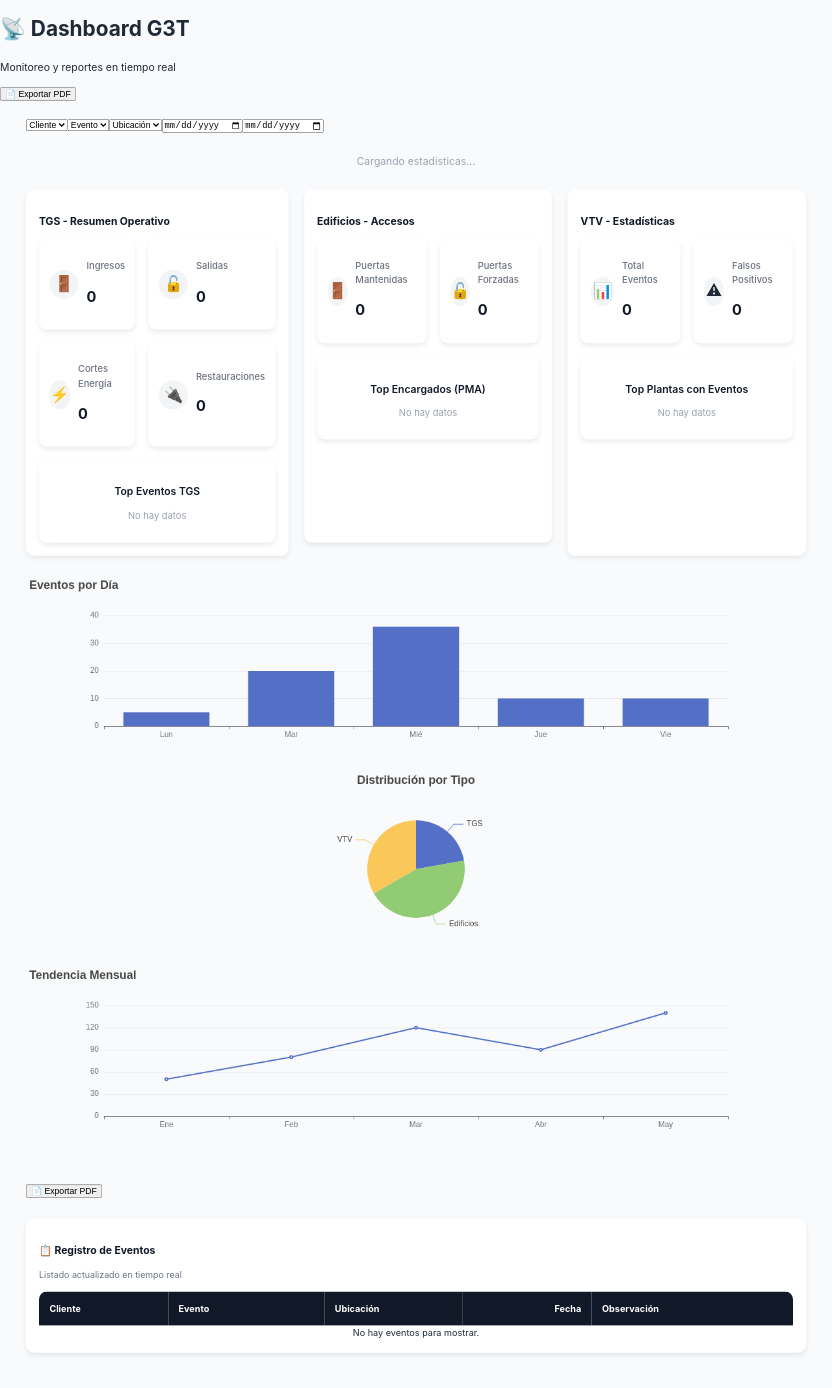
Repository: BBrian11/reportes
Page: /
These files come from the project's save history. The page is drawn as it stood at one moment and after the next save; the edit follows.
The browser window is 1280 px wide. The pictures show the whole page, at 65% of full size.
The page's requests for data from a server got no answer. The project was rebuilt for these pictures with package versions that can differ from the ones it lists, and the page was loaded fresh each time. No one was signed in, and anything a server would have sent is missing. Also part of the build but not shown: vite.config.js, src/styles/form.css.

Above is the page before, as saved 2025-07-29 17:00:09.

After the next save:
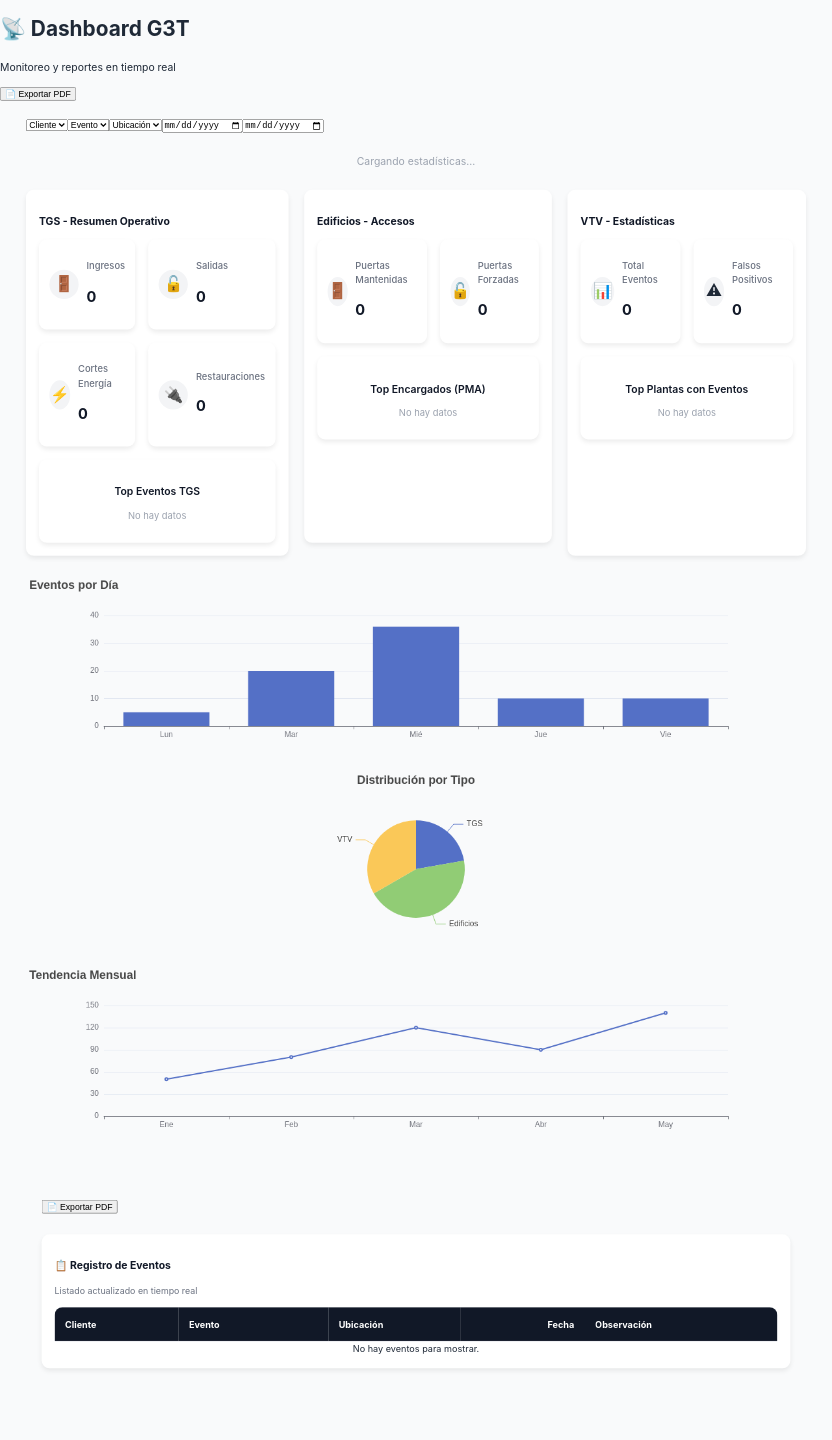
Saved 23 s later.
--- a/src/components/Dashboard/Dashboard.jsx
+++ b/src/components/Dashboard/Dashboard.jsx
@@ -112,10 +112,12 @@ export default function Dashboard() {
 
         {/* Gráficos */}
         <Charts eventos={eventosFiltrados} />
+
+        <div className="dashboard-content">
         <ExportPDF eventos={eventosFiltrados} />
         {/* Tabla */}
         <EventsTable eventos={eventosFiltrados} />
-
+        </div>
         {/* Exportación PDF */}
 
       </div>
